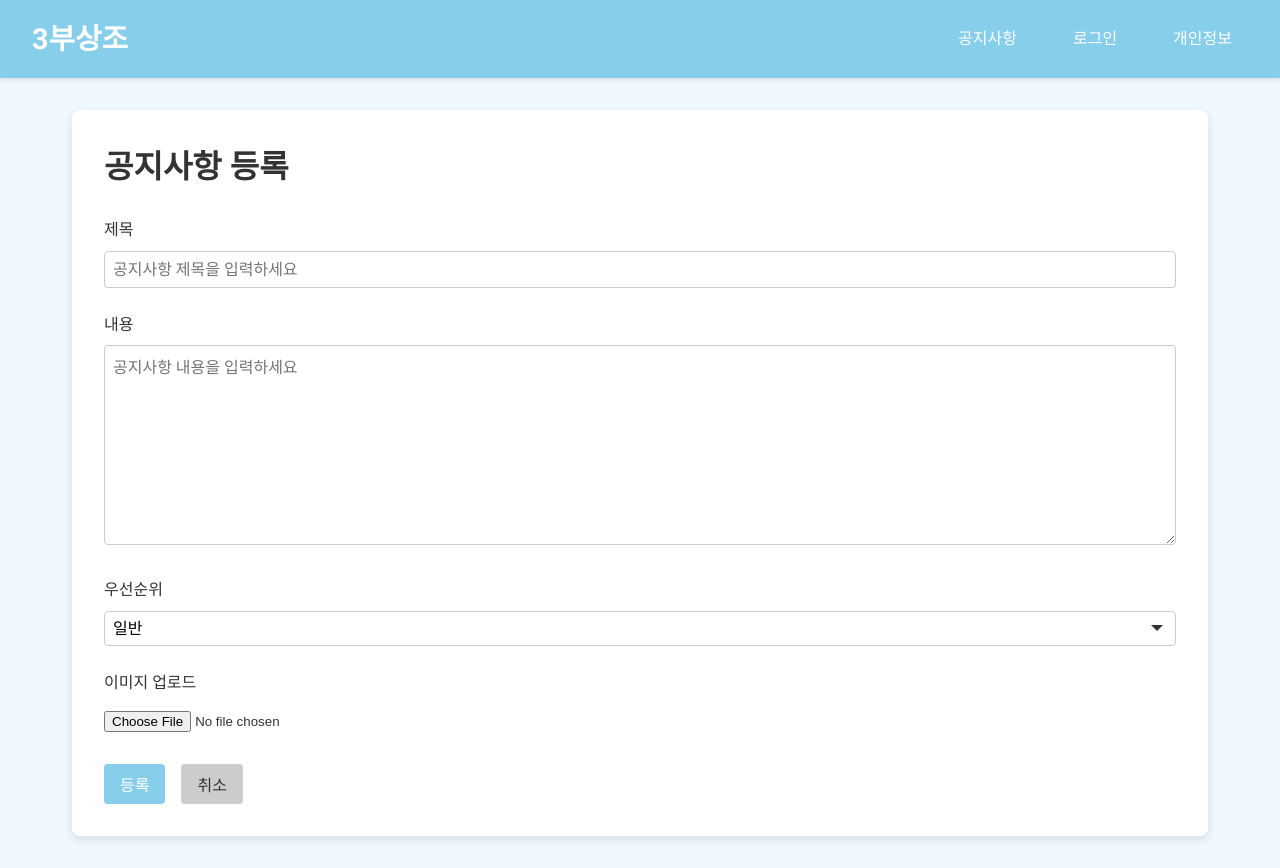
Repository: hanchanwook/MidPJ
Page: http://localhost/project/WEB-INF/views/MainPage/noticedenglock.jsp
The author's editor kept a copy of each file at every save. The page is drawn from the files as they stood at one save, then again after the next save.
The browser window is 1280 px wide. The pictures show the whole page.
The page is served by Tomcat 9. Nobody is signed in. The template is opened directly, without the code that normally fills it, so the values that code supplies are empty.

Above is the page before, as saved 2025-04-22 05:40:10.

After the next save:
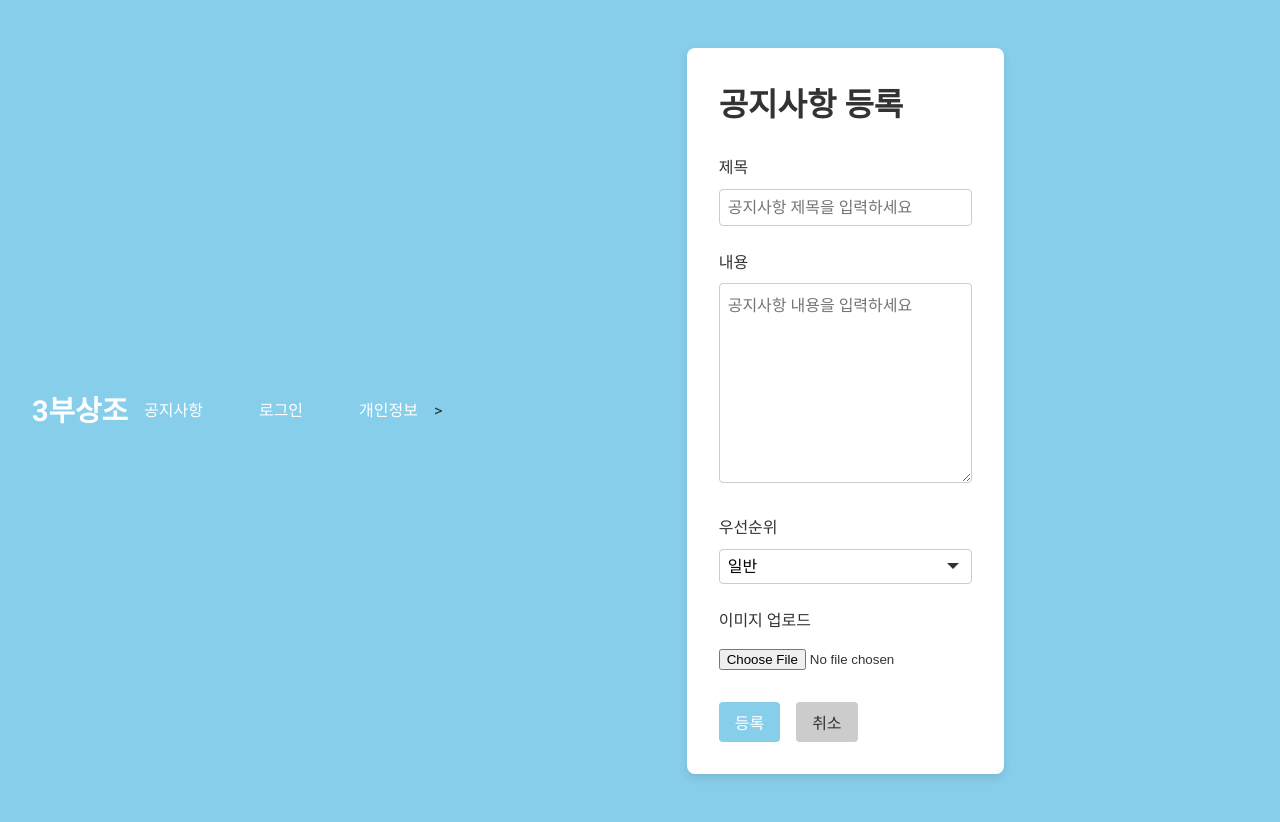
Saved 19 s later.
--- a/project/src/main/webapp/WEB-INF/views/MainPage/noticedenglock.jsp
+++ b/project/src/main/webapp/WEB-INF/views/MainPage/noticedenglock.jsp
@@ -242,22 +242,7 @@
                 <li><a href="${pageContext.request.contextPath}/login">로그인</a></li> <!-- 로그인 링크 -->
                 <li><a href="#">개인정보</a></li> <!-- 개인정보 링크 -->
             </ul>
-        </nav>
-        <button class="mobile-menu-btn">
-            <span></span> <!-- 모바일 메뉴 버튼 라인 -->
-            <span></span> <!-- 모바일 메뉴 버튼 라인 -->
-            <span></span> <!-- 모바일 메뉴 버튼 라인 -->
-        </button>
-    </header>
-
-    <!-- Mobile Menu -->
-    <nav class="mobile-nav">
-        <ul>
-            <li><a href="${pageContext.request.contextPath}/notice">공지사항</a></li> <!-- 모바일 공지사항 링크 -->
-            <li><a href="${pageContext.request.contextPath}/login">로그인</a></li> <!-- 모바일 로그인 링크 -->
-            <li><a href="#">개인정보</a></li> <!-- 모바일 개인정보 링크 -->
-        </ul>
-    </nav>
+        </nav>>
 
     <!-- Main Content -->
     <main>
@@ -292,35 +277,7 @@
     </main>
 
     <script>
-        // Mobile menu toggle
-        document.querySelector('.mobile-menu-btn').addEventListener('click', () => {
-            document.querySelector('.mobile-nav').classList.toggle('active');
-        }); /* 모바일 메뉴 토글 기능 */
-
-        // Form submission with AJAX
-        function submitNotice(event) {
-            event.preventDefault();
-            const form = document.getElementById('noticeForm');
-            const formData = new FormData(form);
-
-            fetch('${pageContext.request.contextPath}/addNotice', {
-                method: 'POST',
-                body: formData
-            })
-            .then(response => response.json())
-            .then(data => {
-                if (data.success) {
-                    alert('공지사항이 성공적으로 등록되었습니다.');
-                    window.location.href = '${pageContext.request.contextPath}/notice';
-                } else {
-                    alert('공지사항 등록에 실패했습니다.');
-                }
-            })
-            .catch(error => {
-                console.error('Error:', error);
-                alert('오류가 발생했습니다.');
-            });
-        } /* 공지사항 등록 기능 */
+
     </script>
 </body>
 </html>
